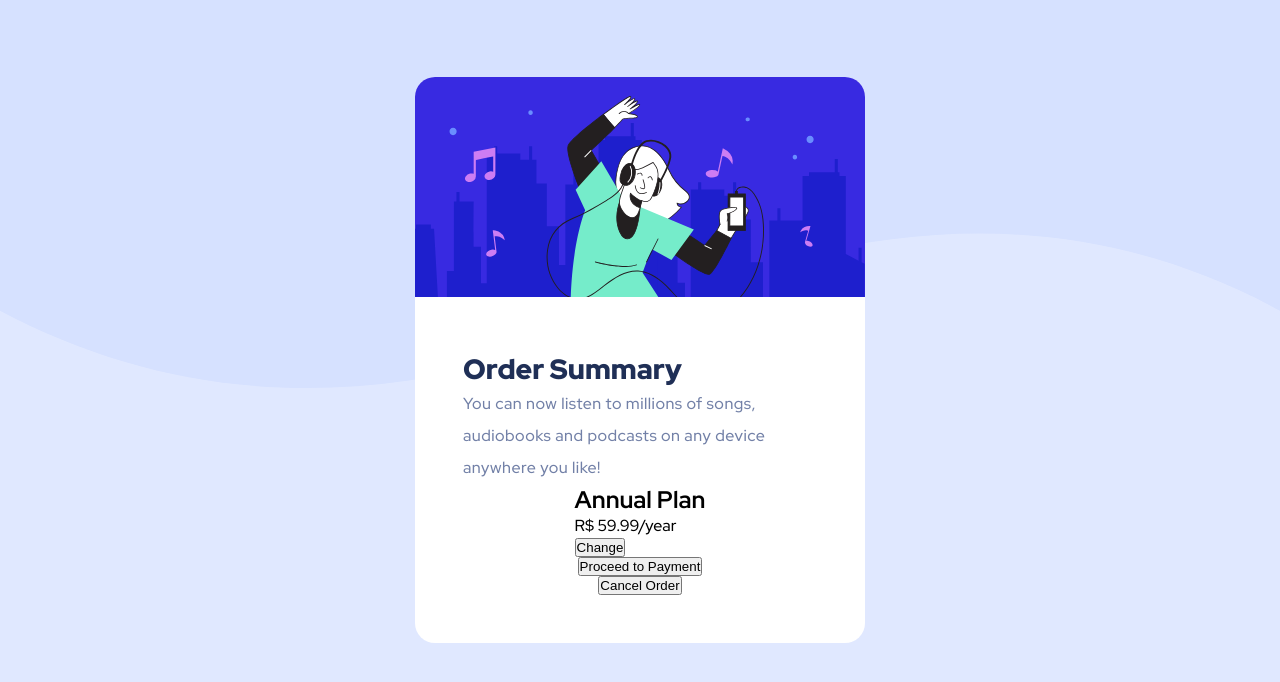
Repository: gccavalheiro/order-summary-card
Page: index.html
An editor plug-in stored every save of this project. The page is shown before and after the next save, followed by the edit.
The browser window is 1280 px wide. The pictures show the whole page.

Above is the page before, as saved 2021-12-17 02:08:49.

After the next save:
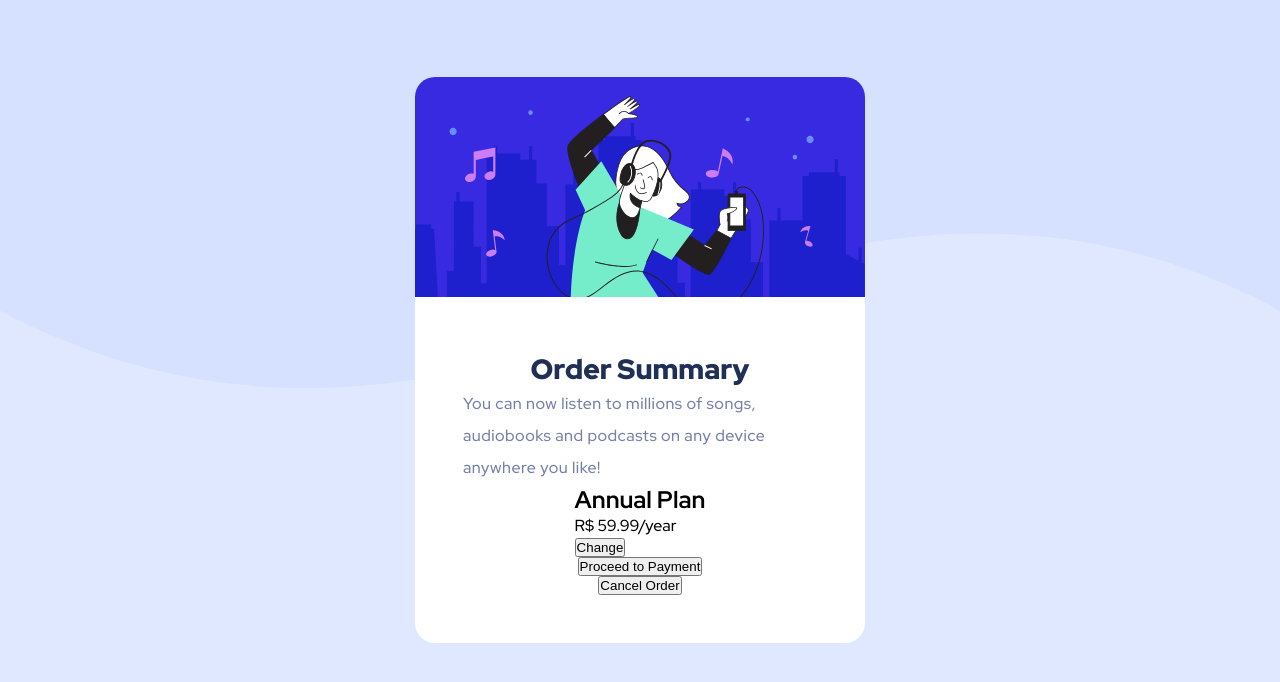
Saved 27 s later.
--- a/assets/css/main.css
+++ b/assets/css/main.css
@@ -64,6 +64,12 @@ main {
   padding: 48px;
 }
 
+.card-info {
+  display: flex;
+  flex-direction: column;
+  align-items: center;
+}
+
 .card-info h1{
   font-size: 1.75rem;
   color: var(--dark-blue);
